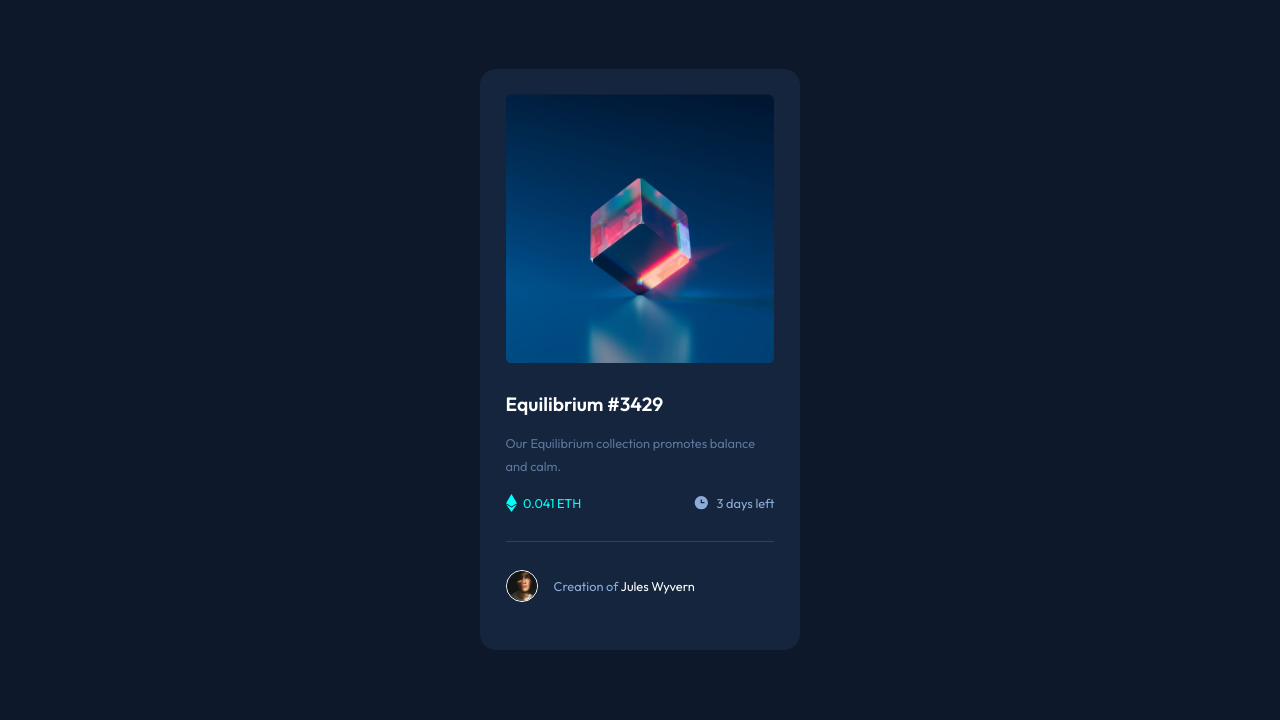
Repository: thaibaocoder1/nft-preview-card-component
Page: index.html
These files come from the project's save history. The page is drawn as it stood at one moment and after a run of saves; the edit follows.
The browser window is 1280 px wide. The pictures show the whole page.

Above is the page before, as saved 2023-01-06 19:11:02.

### index.html
<!DOCTYPE html>
<html lang="en">
<head>
  <meta charset="UTF-8">
  <meta name="viewport" content="width=device-width, initial-scale=1.0">
  <link rel="icon" type="image/png" sizes="32x32" href="./images/favicon-32x32.png">
  <title>Frontend Mentor | NFT preview card component</title>
  <link rel="stylesheet" href="./images/favicon-32x32.png">
  <link rel="stylesheet" href="./style.css">
  <style>
    .attribution { font-size: 11px; text-align: center; }
    .attribution a { color: hsl(228, 45%, 44%); }
  </style>
</head>
<body>
  <main class="container">
    <img src="./images/image-equilibrium.jpg" alt="Image" class="container-img">
    <div class="container-content">
      <h2 class="container-heading">Equilibrium #3429</h2>
      <p class="container-desc">Our Equilibrium collection promotes balance and calm.</p>
      <section class="container-date">
        <div class="container-date-right">
          <img src="./images/icon-ethereum.svg" alt="" class="container-date--image">
          <span class="container-date--text">
            0.041 ETH
          </span>
        </div>
        <div class="container-date-left">
          <img src="./images/icon-clock.svg" alt="" class="container-date--image">
          <span class="container-date--text">
            3 days left
          </span>
        </div>
      </section>
      <hr id="mark">
      <div class="container-footer">
        <img src="./images/image-avatar.png" alt="" class="container-date--image">
        <small class="container-date--footer">
          Creation of
          <span id="text-marker">Jules Wyvern</span>
        </small>
        </div>
      </div>
    </main>


  <!-- <div class="attribution">
    Challenge by <a href="https://www.frontendmentor.io?ref=challenge" target="_blank">Frontend Mentor</a>.
    Coded by <a href="#">baoDev</a>.
  </div> -->
</body>
</html>
<!-- Equilibrium #3429

Our Equilibrium collection promotes balance and calm.

0.041 ETH
3 days left

Creation of Jules Wyvern -->

### style.css
@import url('https://fonts.googleapis.com/css2?family=Outfit:wght@300;400;600&display=swap');
* {
    margin: 0;
    padding: 0;
    box-sizing: border-box;
}
body {
    text-rendering: optimizeLegibility;
    scroll-behavior: smooth;
    font-family: 'Outfit', sans-serif;
    display: flex;
    align-items: center;
    justify-content: center;
    min-height: calc(100vh - 1px);
    background-color: var(--very-dark-blue-main);
    font-size: 62.5%;
}
:root {
    --soft-blue: hsl(215, 51%, 70%);
    --cyan-color: hsl(178, 100%, 50%);
    --very-dark-blue-main: hsl(217, 54%, 11%);
    --very-dark-blue-card: hsl(216, 50%, 16%);
    --very-dark-blue-line: hsl(215, 32%, 27%);
    --white-color: hsl(0, 0%, 100%);
}
.container {
    width: 320px;
    background-color: var(--very-dark-blue-card);
    text-align: center;
    border-radius: 1rem;
    box-shadow: 2rem 2rem 2rem 2rem re,
    0 0 3rem 1rem var(--very-dark-blue-card);
}
.container .container-img {
    width: 20rem;
    height: 20rem;
    object-fit: cover;
    cursor: pointer;
    border-radius: 2rem;
    overflow: hidden;
    padding: 1.6rem;
}
.container .container-content {
    padding: 0 1.6rem 3rem 1.6rem;
    text-align: left;
}
.container .container-content .container-heading {
    color: var(--white-color);
    font-size: 1.2rem;
    padding-bottom: 1rem;
}
.container .container-content .container-desc {
    color: var(--soft-blue);
    font-size: 0.8rem;
    font-weight: 400;
    opacity: 0.6;
    line-height: 1.8;
}
.container .container-date {
    display: flex;
    align-items: center;
    padding: 1rem 0 1.8rem;
}
.container-date .container-date-right, .container .container-date-left {
    display: flex;
    align-items: center;
    justify-content: center;
}
.container .container-date .container-date-left {
    margin-left: auto;
}
.container .container-date--text {
    color: var(--cyan-color);
    font-size: 0.8rem;
    line-height: 1rem;
    text-align: center;
    margin-left: 0.4rem;
}
.container .container-date-left .container-date--text {
    color: var(--soft-blue);
}
#mark {
    border: none;
    width: 100%;
    height: 1px;
    background-color: var(--very-dark-blue-line);
}
.container .container-footer {
    padding-top: 1.8rem;
    display: flex;
    align-items: center;
}
.container .container-footer .container-date--image {
    width: 2rem;
    height: 2rem;
    border-radius: 50%;
    border: 1px solid var(--white-color);
}
.container .container-footer .container-date--footer {
    margin-left: 1rem;
    font-size: 0.8rem;
    color: var(--soft-blue);
}
.container .container-footer #text-marker {
    color: #fff;
}

After the next 2 saves:
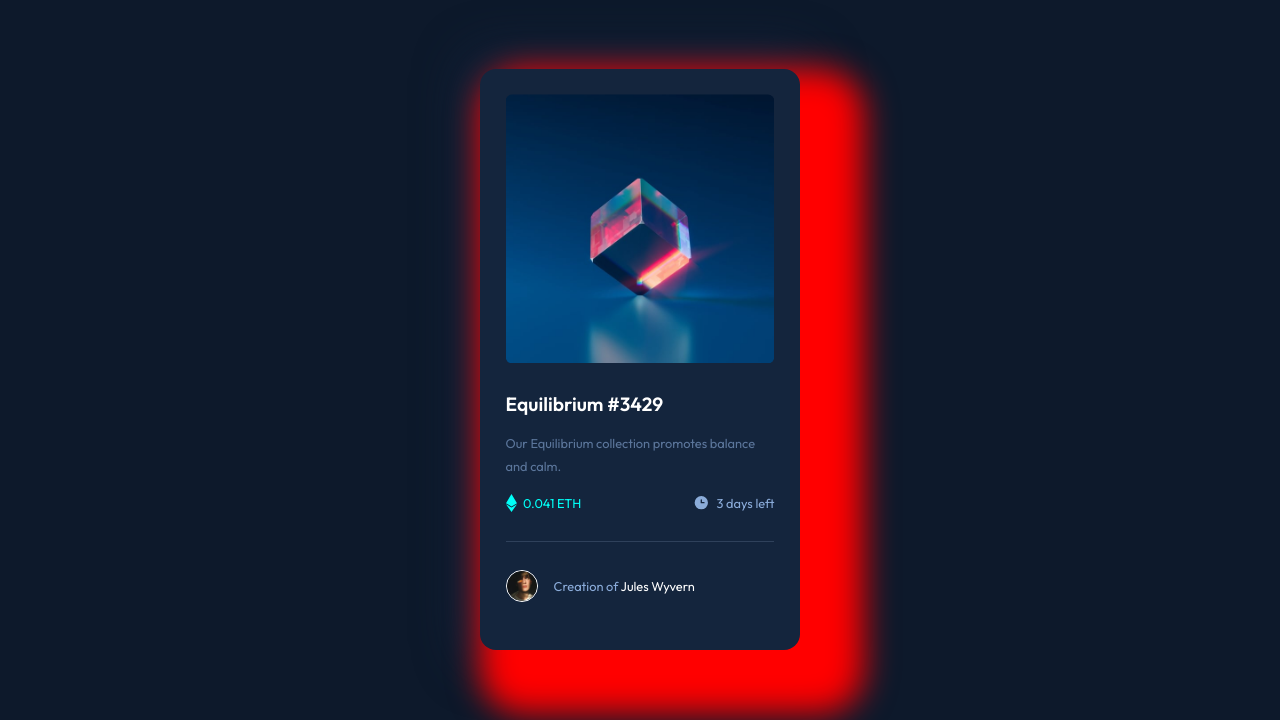
The 2 saves are shown as one change because they came seconds apart.
The last was saved 7 s later.
--- a/style.css
+++ b/style.css
@@ -28,7 +28,7 @@
     background-color: var(--very-dark-blue-card);
     text-align: center;
     border-radius: 1rem;
-    box-shadow: 2rem 2rem 2rem 2rem re,
+    box-shadow: 2rem 2rem 2rem 2rem red,
     0 0 3rem 1rem var(--very-dark-blue-card);
 }
 .container .container-img {

After the 6 saves that followed:
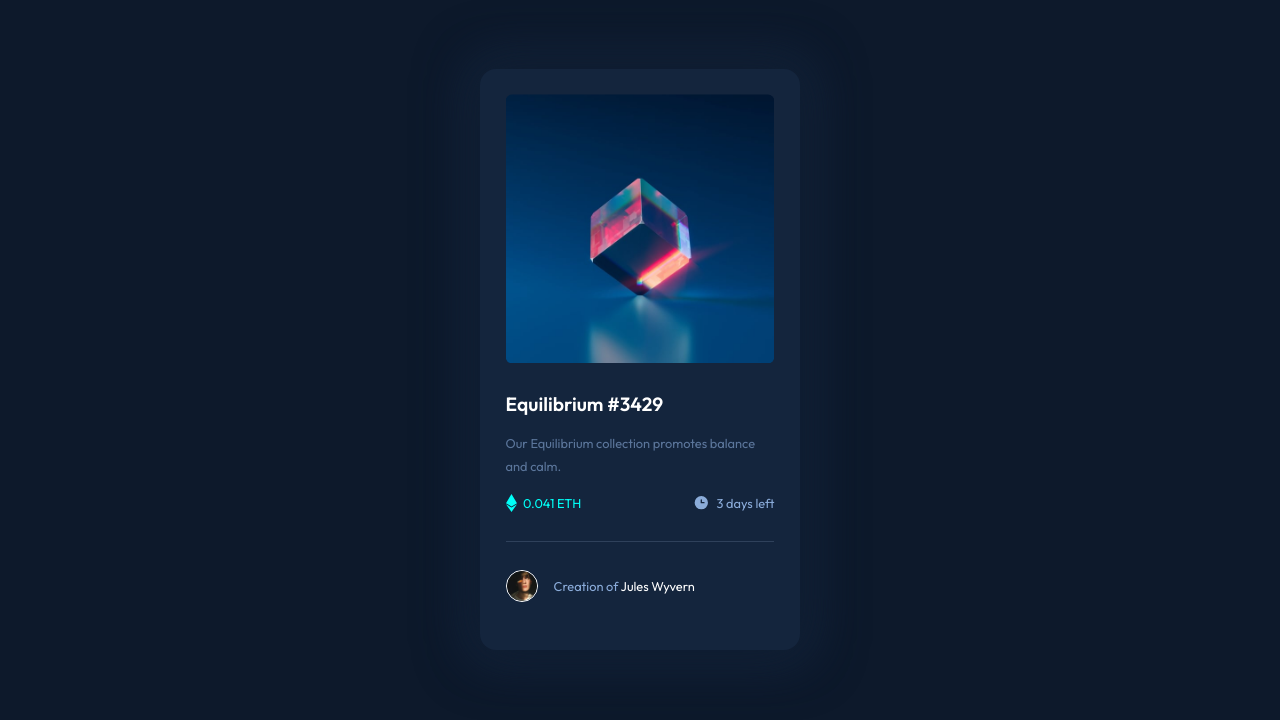
The 6 saves are shown as one change because they came seconds apart.
The last was saved 38 s later.
--- a/style.css
+++ b/style.css
@@ -28,7 +28,7 @@
     background-color: var(--very-dark-blue-card);
     text-align: center;
     border-radius: 1rem;
-    box-shadow: 2rem 2rem 2rem 2rem red,
+    box-shadow: 0 0 3rem 0 var(--very-dark-blue-main),
     0 0 3rem 1rem var(--very-dark-blue-card);
 }
 .container .container-img {
